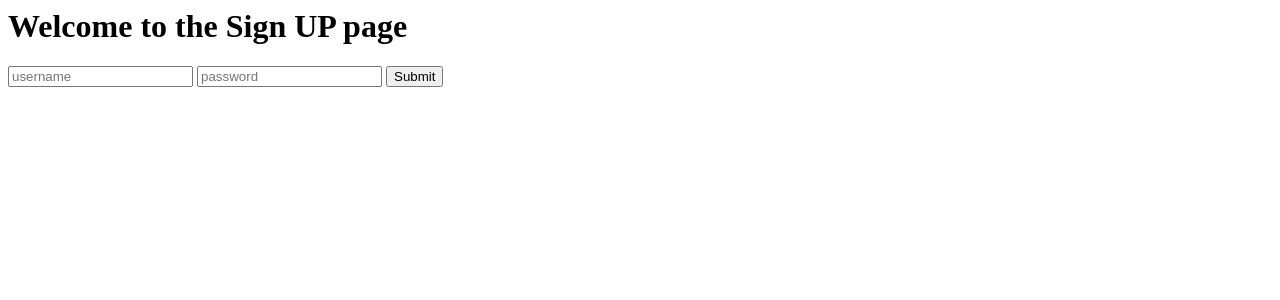
Repository: Kushagrakmr/c9backup
Page: http://localhost/register
The author's editor kept a record of every edit. The page is drawn from the files as they stood at one moment, then again after the next edit.
The browser window is 1280 px wide. The pictures show the whole page.
The page is served by the project's Node server (Authentication/AuthDemo/app.js).

Above is the page before.

After the next edit:
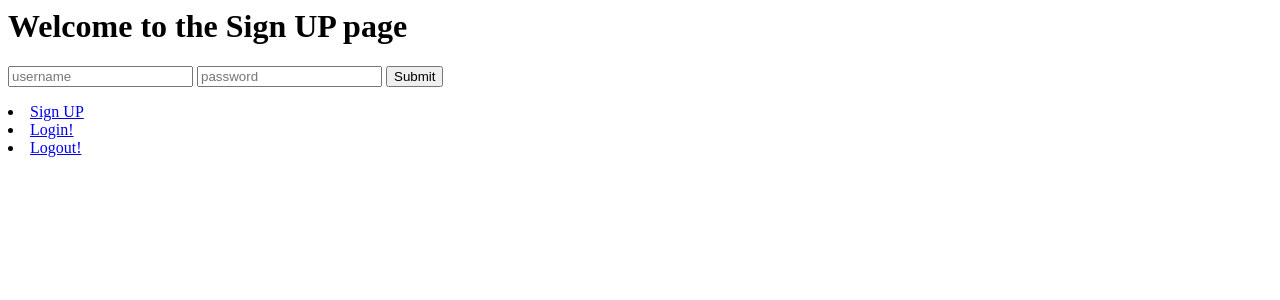
The edit:
--- a/Authentication/AuthDemo/views/register.ejs
+++ b/Authentication/AuthDemo/views/register.ejs
@@ -5,3 +5,7 @@
     <input type = "password" name = "password" placeholder ="password">
     <button>Submit</button>
 </form>
+
+<li><a href = "/register">Sign UP</a></li>
+<li><a href = "/login">Login!</a></li>
+<li><a href = "/logout">Logout!</a></li>
